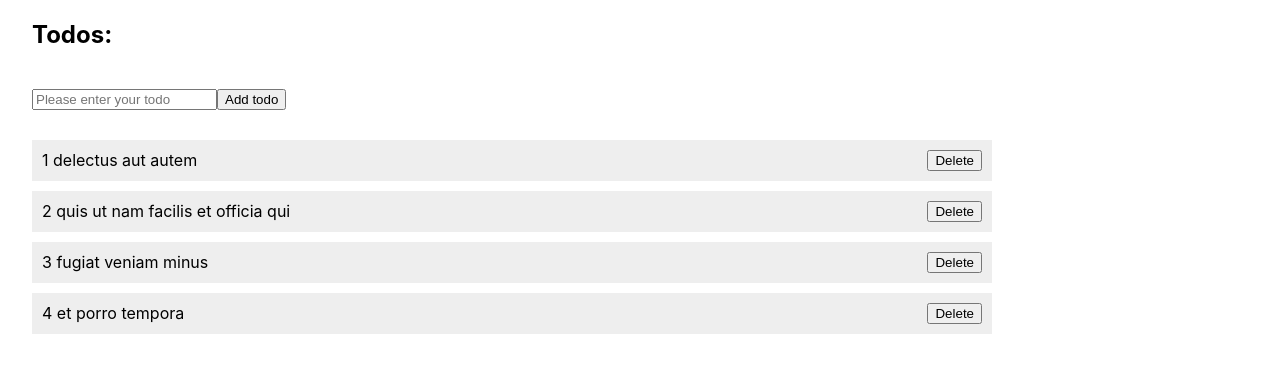
Repository: vhoreho/react
Page: / (app in myapp/)
An editor plug-in stored every save of this project. The page is shown before and after the next save, followed by the edit.
The browser window is 1280 px wide. The pictures show the whole page.
The project was rebuilt for these pictures with package versions that can differ from the ones it lists, and the page was loaded fresh each time.

Above is the page before, as saved 2022-08-08 21:57:49.

### myapp/src/App.js
import './App.css';
import Todos from './components/Todos';

function App() {
  return (
    <div className="App">
      <Todos />
    </div>
  );
}

export default App;

### myapp/src/App.css
.App {
  max-width: 960px;
  margin-inline: 2rem;
}

### myapp/src/components/Todos.js
import React, { useState } from 'react'
import TodoItem from './TodoItem';
import Input from './Input';

const initialState = [
    {
        "userId": 1,
        "id": 1,
        "title": "delectus aut autem",
        "completed": false
    },
    {
        "userId": 1,
        "id": 2,
        "title": "quis ut nam facilis et officia qui",
        "completed": false
    },
    {
        "userId": 1,
        "id": 3,
        "title": "fugiat veniam minus",
        "completed": false
    },
    {
        "userId": 1,
        "id": 4,
        "title": "et porro tempora",
        "completed": true
    },
]

export default function Todos() {
    const [todos, setTodos] = useState(initialState);

    function addTodo(todo) {
        let copy = [...todos];
        copy.push({
            userId: 1,
            id: Math.floor(Math.random() * 200),
            title: todo,
            completed: false
        });
        setTodos(copy)
    }

    function handleDeleteTodo(id) {
        let copy = [...todos];
        copy.filter(todo => todo.id !== id)
    }

    return (
        <div>
            <h2>Todos:</h2>
            <Input addTodo={addTodo} />
            <ul style={{
                listStyle: 'none',
                padding: 0,
                margin: 0
            }}>
                {todos.map(todo => <TodoItem key={todo.id} {...todo} deleteTodo={handleDeleteTodo} />)}
            </ul>
        </div>
    )
}

### myapp/src/components/TodoItem.js
import React from 'react'

export default function TodoItem(props) {
    const { id, copmpleted, title, deleteTodo } = props;
    return (
        <li style={{
            background: '#eee',
            display: 'block',
            margin: '10px 0',
            padding: '10px',
            display: 'flex',
            justifyContent: 'space-between'
        }}>
            {`${id} ${title}`}
            <button onClick={deleteTodo(id)}>Delete</button>
        </li>
    )
}

### myapp/src/components/Input.js
import React, { useState } from 'react'

export default function Input({ addTodo }) {
  const [value, setValue] = useState('');
  function handleChange(event) {
    setValue(event.target.value)
  }

  function handleAddTodo() {
    addTodo(value)
  }

  return (
    <div>
      <input
        placeholder='Please enter your todo'
        style={{
          margin: '20px 0'
        }}
        value={value}
        onChange={handleChange}
      />
      <button onClick={handleAddTodo}>Add todo</button>
    </div>

  )
}

Loaded but not shown: myapp/public/index.html (common file); myapp/src/index.js (common file); myapp/src/index.css (common file)

After the next save:
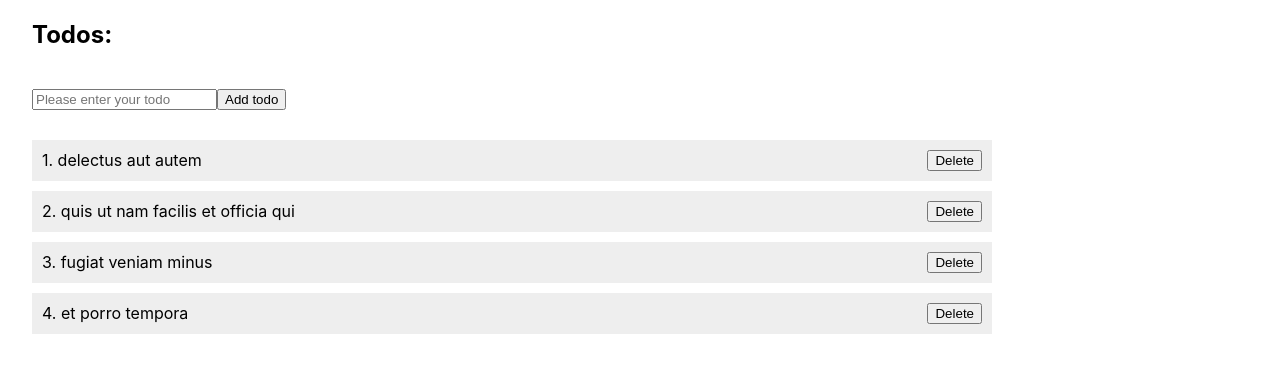
Saved 7 s later.
--- a/myapp/src/components/TodoItem.js
+++ b/myapp/src/components/TodoItem.js
@@ -11,7 +11,7 @@
             display: 'flex',
             justifyContent: 'space-between'
         }}>
-            {`${id} ${title}`}
+            {`${id}. ${title}`}
             <button onClick={deleteTodo(id)}>Delete</button>
         </li>
     )
